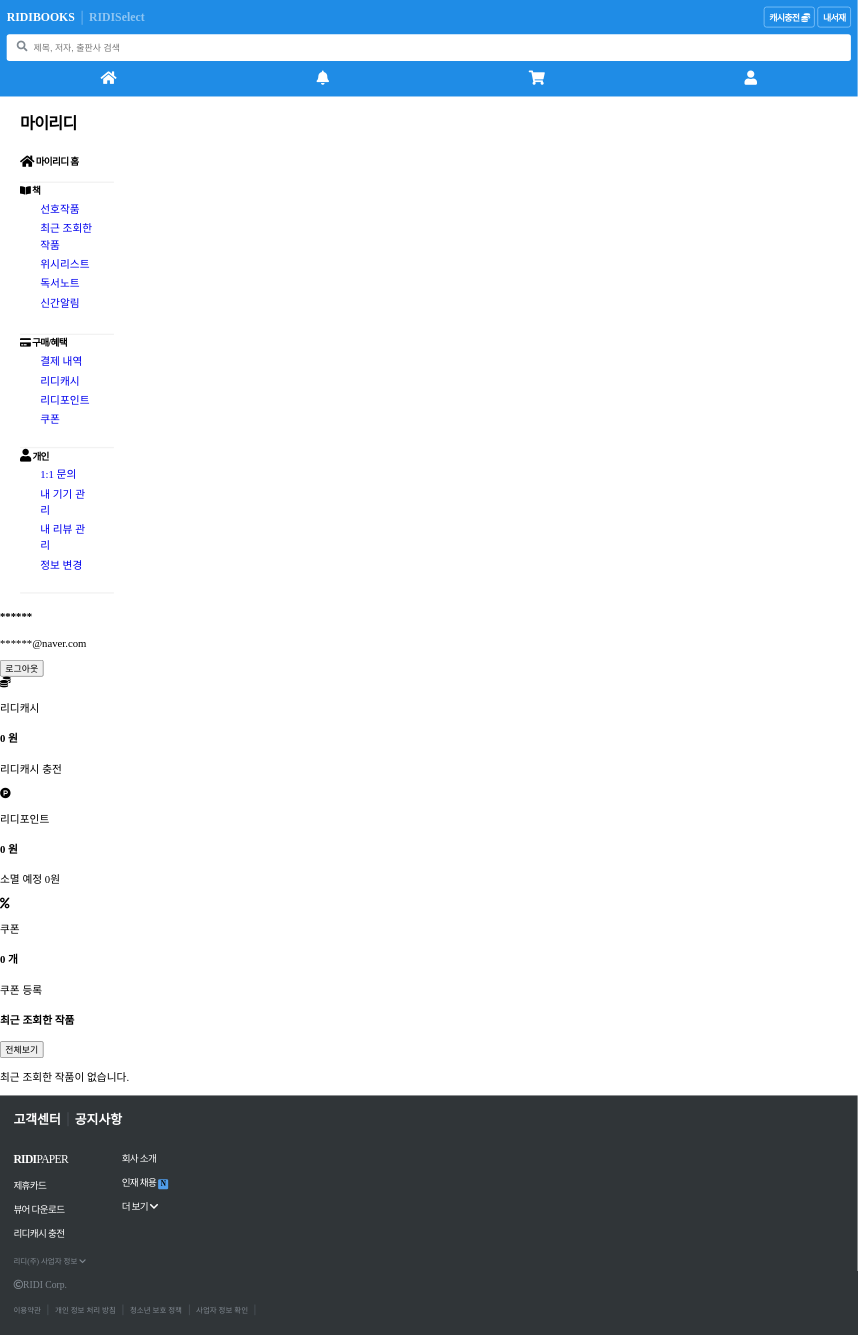
Repository: mega-teamproject/teamproject1
Page: html/myridi.html
These files come from the project's save history. The page is drawn as it stood at one moment and after the next save; the edit follows.
The browser window is 1280 px wide. The pictures show the whole page, at 67% of full size.

Above is the page before, as saved 2022-01-05 01:35:05.

After the next save:
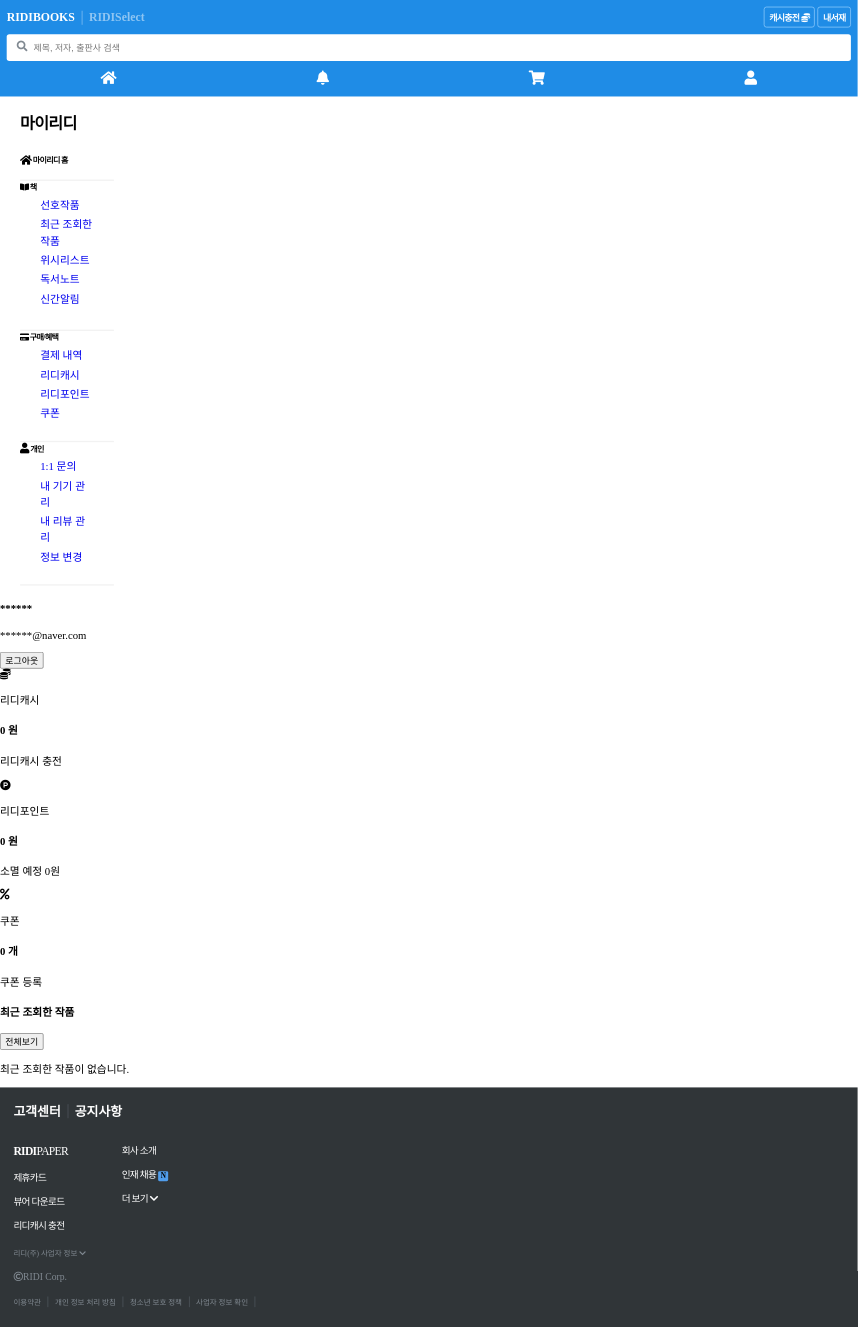
Saved 6 s later.
--- a/css/myridi.css
+++ b/css/myridi.css
@@ -139,7 +139,7 @@
   padding: 0;
   margin: 0;
   letter-spacing: -1px;
-  font-size: 0.9em;
+  font-size: 12px;
 }
 
 .sidebar nav ul.nav-title li {

After the 2 saves that followed:
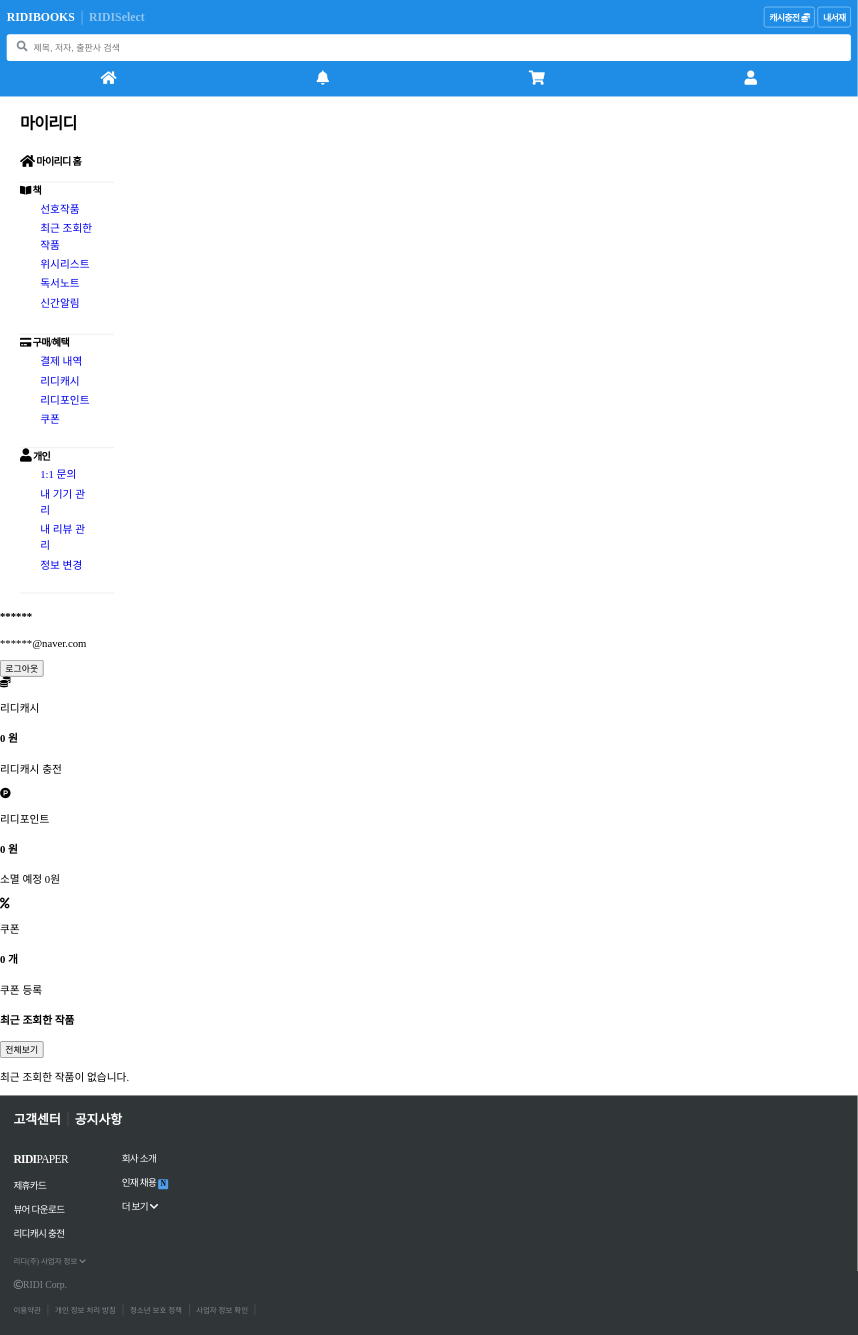
The 2 saves are shown as one change because they came seconds apart.
The last was saved 8 s later.
--- a/css/myridi.css
+++ b/css/myridi.css
@@ -139,7 +139,7 @@
   padding: 0;
   margin: 0;
   letter-spacing: -1px;
-  font-size: 12px;
+  font-size: 15px;
 }
 
 .sidebar nav ul.nav-title li {
